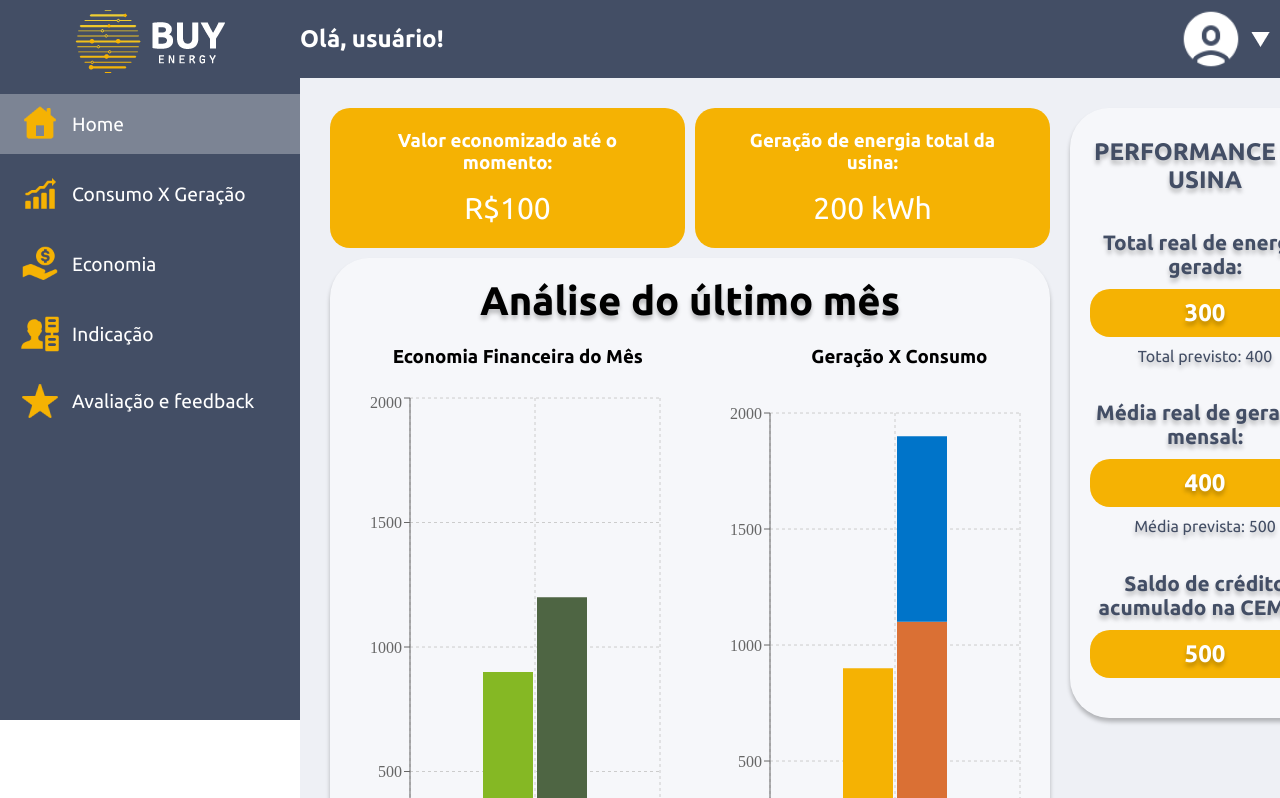
Repository: wolwerr/buyenergy-frontend
Page: /
These files come from the project's save history. The page is drawn as it stood at one moment and after the next save; the edit follows.
The browser window is 1280 px wide. The pictures show the whole page.
An inner scrolling area shows only its first screen. The project was rebuilt for these pictures with package versions that can differ from the ones it lists, and the page was loaded fresh each time. Also part of the build but not shown: src/pages/indicacao/IndicacaoStyle.js, src/pages/indicacao/IndicacaoPage.jsx, src/pages/feedback/FeedbackStyle.js, src/pages/feedback/Feedback.jsx, src/pages/login/LoginStyle.js, src/pages/login/LoginPage.jsx, src/pages/economia/EconomiaStyle.js, src/pages/economia/EconomiaPage.jsx and 10 more.

Above is the page before, as saved 2022-10-31 16:25:45.

### public/index.html
<!DOCTYPE html>
<html lang="en">
  <head>
    <meta charset="utf-8" />
    <link rel="icon" href="%PUBLIC_URL%/favicon.ico" />
    <meta name="viewport" content="width=device-width, initial-scale=1" />
    <meta name="theme-color" content="#000000" />
    <meta
      name="description"
      content="Web site created using create-react-app"
    />
    <link rel="apple-touch-icon" href="%PUBLIC_URL%/logo192.png" />
    <!--
      manifest.json provides metadata used when your web app is installed on a
      user's mobile device or desktop. See https://developers.google.com/web/fundamentals/web-app-manifest/
    -->
    <link rel="manifest" href="%PUBLIC_URL%/manifest.json" />
    <!--
      Notice the use of %PUBLIC_URL% in the tags above.
      It will be replaced with the URL of the `public` folder during the build.
      Only files inside the `public` folder can be referenced from the HTML.

      Unlike "/favicon.ico" or "favicon.ico", "%PUBLIC_URL%/favicon.ico" will
      work correctly both with client-side routing and a non-root public URL.
      Learn how to configure a non-root public URL by running `npm run build`.
    -->
    <link rel="stylesheet" href="style.css">
    <link rel="preconnect" href="https://fonts.googleapis.com">
    <link rel="preconnect" href="https://fonts.gstatic.com" crossorigin>
    <link href="https://fonts.googleapis.com/css2?family=Ubuntu:ital,wght@0,400;0,500;0,700;1,400;1,500;1,700&display=swap" rel="stylesheet">
    <title>Buy Energy App MVP</title>
  </head>
  <body>
    <noscript>You need to enable JavaScript to run this app.</noscript>
    <div id="root"></div>
    <!--
      This HTML file is a template.
      If you open it directly in the browser, you will see an empty page.

      You can add webfonts, meta tags, or analytics to this file.
      The build step will place the bundled scripts into the <body> tag.

      To begin the development, run `npm start` or `yarn start`.
      To create a production bundle, use `npm run build` or `yarn build`.
    -->
  </body>
</html>

### src/App.js
import { BrowserRouter as Router, Route, Routes } from "react-router-dom";
import { AppCnt } from "./assets/styles/AppStyle";
import HomePage from "./pages/home/HomePage"
import IndicacaoPage from "./pages/indicacao/IndicacaoPage"
import Feedback from "./pages/feedback/Feedback"
import LoginPage from "./pages/login/LoginPage"
import Economia from "./pages/economia/EconomiaPage"
import ErrorPage from "./pages/error/ErrorPage";
import ConsumoXGeracaoPage from "./pages/consumoGeracao/ConsumoXGeracaoPage";

function App() {
  return (
    <AppCnt>
      <Router>
        <Routes>
          <Route index path="/" element={<HomePage />} />
          <Route path="/login" element={<LoginPage />} />
          <Route path="/consumo-e-geracao" element={<ConsumoXGeracaoPage />} />
          <Route path="/economia" element={<Economia />} />
          <Route path="/indicacao" element={<IndicacaoPage />} />
          <Route path="/feedback" element={<Feedback />} />
          <Route path="*" element={<ErrorPage />}/>
        </Routes>
      </Router>
    </AppCnt>
  );
}

export default App;

### src/assets/styles/AppStyle.js
import styled from "styled-components";

export const AppCnt = styled.div`
    display: flex;
    flex-direction: row;
`

### src/pages/home/HomePage.jsx
import Header from "../../layouts/header/Header";
import Main from "../../layouts/main/Main";
import {
  BotaoAmareloContainer,
  BotaoIndicacao,
  DivBarraLateral,
  Grafico,
  MainStyle,
} from "./HomePageStyle";
import ValorTotal from "../../components/home/ValorTotal";
import DadosPerformance from "../../components/home/DadosPerformance";
import NavMenu from "../../layouts/navMenu/NavMenu";
import GraficoEconomiaFinanceira from "../../components/home/GraficoEconomiaFinanceira";
import GraficoConsumoGeracao from "../../components/home/GraficoConsumoGeracao";

export default function HomePage({ userName = "usuário", value = "Valor" }) {
  return (
    <>
      <NavMenu page="home" />
      <Main>
        <MainStyle>
          <BotaoAmareloContainer>
            <ValorTotal
              title={`Valor economizado até o momento:`}
              description="R$"
              descriptionValue={value = 100}
            />
            <ValorTotal
              title="Geração de energia total da usina:"
              description={value = 200}
              descriptionValue=" kWh"
            />
          </BotaoAmareloContainer>
          <Grafico>
            <h1>Análise do último mês</h1>
            <div className="Tittle">
              <h3>Economia Financeira do Mês</h3>
              <h3>Geração X Consumo</h3>
            </div>
            <div className="divFlex">
              <GraficoEconomiaFinanceira />
              <GraficoConsumoGeracao />
            </div>
          </Grafico>
          <DivBarraLateral>
            <h1>Performance da Usina</h1>
            <DadosPerformance
              title="Total real de energia gerada:"
              value={value = 300}
              description="Total previsto: "
              descriptionValue={value = 400}
            />
            <DadosPerformance
              title="Média real de geração mensal:"
              value={value}
              description="Média prevista: "
              descriptionValue={value = 500}
            />
            <DadosPerformance
              title="Saldo de crédito acumulado na CEMIG:"
              value={value}
              description=""
              descriptionValue=""
            />
          </DivBarraLateral>
          <BotaoIndicacao to="/indicacao">
            <p>Indique amigos e ganhe comissões nas vendas</p>
            <span>Saiba mais &gt;</span>
          </BotaoIndicacao>
        </MainStyle>
      </Main>
      <Header userName={userName} />
    </>
  );
}

### src/layouts/header/Header.jsx
import React, { useEffect, useState } from 'react'
import { HeaderCnt, HeaderIconsLeft, ProfileImg, ProfileOptIcon, ProfileOptions } from './HeaderStyle'
import ProfileIcon from '../../assets/images/icons/test-account.png'
import ProfileOptionsIcon from '../../assets/images/icons/triangulo-para-baixo.png'

export default function Header({
    userName = 'usuário',
    userProfilePhoto = ProfileIcon
}) {
  const [profileOptions, setprofileOptions] = useState(false)

  function toggleProfileOptions () {
    setprofileOptions(!profileOptions)
  }

  const [windowWidth, setWindowWidth] = useState(window.innerWidth)

  const detectSize = () => {
    setWindowWidth(window.innerWidth)
  }

  useEffect(() => {
    window.addEventListener('resize', detectSize)

    return () => {
      window.removeEventListener('resize', detectSize)
    }
  }, [windowWidth])

  return (
    <HeaderCnt windowWidth={`${windowWidth}`}>
        <p>Olá, {userName}!</p>
        <HeaderIconsLeft>
          <ProfileImg src={userProfilePhoto} alt="Foto do perfil do usuário" />
          <ProfileOptIcon row src={ProfileOptionsIcon} alt="" onClick={toggleProfileOptions} />
        </HeaderIconsLeft>
        {profileOptions &&
          <ProfileOptions>
            <p>Sair</p>
          </ProfileOptions>
        }
    </HeaderCnt>
  )
}

### src/layouts/main/Main.jsx
import { useEffect, useState } from 'react'
import { MainCnt } from './MainStyle'

export default function Main({ children }) {
  const [windowWidth, setWindowWidth] = useState(window.innerWidth)

  const detectSize = () => {
    setWindowWidth(window.innerWidth)
  }

  useEffect(() => {
    window.addEventListener('resize', detectSize)

    return () => {
      window.removeEventListener('resize', detectSize)
    }
  }, [windowWidth])

  return (
    <MainCnt windowWidth={`${windowWidth}`}>
        {children}
    </MainCnt>
  )
}

### src/pages/home/HomePageStyle.js
import styled from "styled-components";
import { Link } from "react-router-dom";

export const MainStyle = styled.div`
  // height: 80vh;
  margin: 50px;
  display: grid;
  grid-template-areas:
  "amarelo lateral"
  "grafico lateral"
  "grafico lateral"
  "grafico botaoIndicacao";
  grid-template-columns: 7fr 3fr;
  grid-template-rows: auto;
  grid-column-gap: 20px;
  grid-row-gap: 10px;
  align-content: space-between;

  @media(max-width: 1400px) {
    margin: 30px;
  }
`
/* inicio container lateral*/
export const DivBarraLateral = styled.div`
  grid-area: lateral;
  border-radius: 2.5em;
  background-color: rgba(255, 255, 255, 0.5);
  box-shadow: 0px 4px 4px rgba(0, 0, 0, 0.25);
  display: flex;
  flex-direction: column;
  justify-content: space-between;
  text-align: center;
  align-items: center;
  color: #434e65;
  text-shadow: 0px 4px 4px rgba(0, 0, 0, 0.25);
  font-family: Ubuntu;
  padding: 30px 20px;
  max-width: 300px;
  height: 700px;

  @media(max-width: 1400px) {
    height: 550px;
  }
  h1 {
    text-transform: uppercase;

    @media(max-width: 1400px) {
      font-size: 1.5rem;
    }
  }
  h2 {
    color: #434e65;
    margin-bottom: 10px;

    @media(max-width: 1400px) {
      font-size: 1.3rem;
    }
  }
  h3 {
    font-size: 1.5rem;
    background: #f5b203;
    border-radius: 20px;
    width: 220px;
    padding: 10px 5px;
    text-align: center;
    margin: auto;
    color: white;
    margin-bottom: 10px;
  }
`
export const BotaoAmareloContainer = styled.div`
  grid-area: amarelo;
  width: 100%;
  display: flex;
  gap: 10px;
  justify-content: center;
`
export const Grafico = styled.div`
  grid-area: grafico;
  place-content: center;
  color: #000000;
  border-radius: 40px;
  box-shadow: 0px 4px 4px rgba(0, 0, 0, 0.25);
  background-color: rgba(255, 255, 255, 0.5);
  width: 100%;
  padding-bottom: 20px;
  .divFlex {
    display: flex;
    width: 100%;
    height: 80vh;
  }
  .Tittle{
    display: flex;
    justify-content: center;
    gap: 22%;
    margin-bottom: 24px;
  }
  .Tittle h3 {
    font-size: 700 13px 'Ubuntu';
    line-height: 15px;
    padding: 5px;
    color: #000000;
  }
  h1 {
    padding: 20px 20px;
    text-align: center;
    font: 700 2.5rem 'Ubuntu';
    color: #000;
    text-shadow: 0px 4px 4px rgba(0, 0, 0, 0.25);

    @media(max-width: 1024px) {
       padding: 10px 10px;
    }
  }
`
export const BotaoIndicacao = styled(Link)`
  grid-area: botaoIndicacao;
  max-width: 300px;
  background: #434E65;
  border-radius: 20px;
  height: 110px;
  padding: 30px 20px;
  box-sizing: border-box;
  color: #fff;
  position: relative;

  @media(max-width: 1400px) {
    padding: 20px 20px;
  }

  p {
    font: 700 1.25rem/1.3 'Ubuntu';
    text-align: center;

    @media(max-width: 1400px) {
      font-size: 1.1rem;
    }
  }

  span {
    font: 500 0.8125rem 'Ubuntu';
    position: absolute;
    right: 30px;
    top: 90px;
    text-decoration: underline;

    @media(max-width: 1400px) {
      top: 75px;
    }
  }
`

### src/components/home/ValorTotal.jsx
import React from 'react'
import { BotaoAmarelo } from './ValorTotalStyle'

export default function ValorTotal({ title="Valor Gerado",description="R$",descriptionValue="valor descrito"}) {
  return (
    <BotaoAmarelo>
        <h3>{title}</h3>
        <p>{description}{descriptionValue}</p>
    </BotaoAmarelo>
  )
}

### src/components/home/DadosPerformance.jsx
import React from 'react'

export default function DadosPerformance({ title="Titulo",value="Valor",description="Previsto",descriptionValue="Valor"}) {
  return (
    <div>
        <h2>{title}</h2>
        <h3> {value}</h3>
        <p> <strong></strong>{description}{descriptionValue}</p>
    </div>
  )
}

### src/layouts/navMenu/NavMenu.jsx
import React from 'react'
import logo from '../../assets/images/logo_negativo.png'
import iconHome from '../../assets/images/icons/home-page.png'
import iconIndicacao from '../../assets/images/icons/4 - Indicação.png'
import iconGeracaoConsumo from '../../assets/images/icons/2 - Geração x Consumo.png'
import iconEconomia from '../../assets/images/icons/3 - Economia.png'
import iconFeedback from '../../assets/images/icons/star.png'
import { NavCnt, LogoImgLink, UlNavMenu, LiNavMenu, NavIconImg, LiSpan, LinkNav, } from './NavMenuStyle'

export default function NavMenu({ page="" }) {

  return (
    <NavCnt>
      <div>
        <LogoImgLink  to="/">
            <img src={logo} alt="" />
        </LogoImgLink>
        <UlNavMenu>
            <LiNavMenu>
              <LinkNav to="/" active={page === "home" ? "active"  : ""}>
                <NavIconImg src={iconHome} alt=''/>
                <LiSpan active={page === "home" ? "active"  : ""}>Home</LiSpan>
              </LinkNav>
            </LiNavMenu>
            <LiNavMenu>
              <LinkNav to="/consumo-e-geracao" active={page === "consumoGeracao" ? "active"  : ""}>
                <NavIconImg src={iconGeracaoConsumo} alt=''/>
                <LiSpan active={page === "indicacao" ? "active"  : ""}>Consumo X Geração</LiSpan>
              </LinkNav>
            </LiNavMenu>
            <LiNavMenu>
              <LinkNav to="/economia" active={page === "economia" ? "active"  : ""}>
                <NavIconImg src={iconEconomia} alt=''/>
                <LiSpan active={page === "indicacao" ? "active"  : ""}>Economia</LiSpan>
              </LinkNav>
            </LiNavMenu>
            <LiNavMenu>
              <LinkNav to="/indicacao" active={page === "indicacao" ? "active"  : ""}>
                <NavIconImg src={iconIndicacao} alt=''/>
                <LiSpan active={page === "indicacao" ? "active"  : ""}>Indicação</LiSpan>
              </LinkNav>
            </LiNavMenu>
            <LiNavMenu>
              <LinkNav to="/feedback" active={page === "feedback" ? "active"  : ""}>
                <NavIconImg src={iconFeedback} alt=''/>
                <LiSpan active={page === "feedback" ? "active"  : ""}>Avaliação e feedback</LiSpan>
              </LinkNav>
            </LiNavMenu>
        </UlNavMenu>
      </div>
    </NavCnt>
  )
}

### src/components/home/GraficoEconomiaFinanceira.jsx
import React, { PureComponent } from 'react';
import { BarChart, Bar, XAxis, YAxis, CartesianGrid, Tooltip, Legend, ResponsiveContainer } from 'recharts';

const data = [
  {
    reais: 2000,
    name: 'maio/2022',
    "Com a usina você pagou": 900,
    "Sem a usina você pagaria": 1200,
  }
];

export default class GraficoEconomiaFinanceira extends PureComponent {
  static demoUrl = 'https://codesandbox.io/s/simple-bar-chart-tpz8r';

  render() {
    return (
      <ResponsiveContainer width="100%" height="100%">
        <BarChart
          width={500}
          height={300}
          data={data}
          margin={{
            top: 5,
            right: 30,
            left: 20,
            bottom: 5,
          }}
        >
          <CartesianGrid strokeDasharray="3 3" />
          <XAxis dataKey="name" />
          <YAxis dataKey="reais"/>
          <Tooltip />
          <Legend />
          <Bar dataKey="Com a usina você pagou" fill="#85B824" barSize={50}/>
          <Bar dataKey="Sem a usina você pagaria" fill="#4E6543" barSize={50}/>
        </BarChart>
      </ResponsiveContainer>
    );
  }
}

### src/components/home/GraficoConsumoGeracao.jsx
import React, { PureComponent } from 'react';
import { BarChart, Bar, XAxis, YAxis, CartesianGrid, Tooltip, Legend, ResponsiveContainer } from 'recharts';

const data = [
  {
    reais: 2000,
    name: 'maio/2022',
    "Sua geração total do mês": 900,
    "Energia consumida da sua Usina": 1100,
    "Energia consumida da CEMIG": 800,
  },
];

export default class GraficoConsumoGeracao extends PureComponent {
  static demoUrl = 'https://codesandbox.io/s/mixed-bar-chart-q4hgc';

  render() {
    return (
      <ResponsiveContainer width="100%" height="100%">
        <BarChart
          width={500}
          height={300}
          data={data}
          margin={{
            top: 20,
            right: 30,
            left: 20,
            bottom: 5,
          }}
        >
          <CartesianGrid strokeDasharray="3 3" />
          <XAxis dataKey="name" />
          <YAxis dataKey="reais" />
          <Tooltip />
          <Legend />
          <Bar dataKey="Sua geração total do mês" fill="#F5B203" barSize={50}/>
          <Bar dataKey="Energia consumida da sua Usina" stackId="a" fill="#DA7034" barSize={50}/>
          <Bar dataKey="Energia consumida da CEMIG" stackId="a" fill="#0074C9" barSize={50}/>
        </BarChart>
      </ResponsiveContainer>
    );
  }
}

### src/layouts/header/HeaderStyle.js
import styled from "styled-components";

export const HeaderCnt = styled.header`
    background-color: #434e65;
    position: fixed;
    top: 0px;
    left: 300px;
    padding: 5px 0;
    width: ${props => props.windowWidth - 300}px;
    display: flex;
    flex-flow: row nowrap;
    justify-content: space-between;
    align-items: center;

    p {
        font-size: 1.5em;
        color: white;
        font-weight: 700;
    }
`

export const HeaderIcon = styled.img`
    width: 100%;
    height: auto;
    max-width: 45px;
    margin-right: 10px;
`

export const ProfileImg = styled.img`
    width: 100%;
    height: auto;
    max-width: 60px;
    border-radius: 100px;
`

export const ProfileOptIcon = styled.img`
    width: 100%;
    height: auto;
    max-width: 20px;
    margin: 0 10px;
`

export const HeaderIconsLeft = styled.div`
    display: flex;
    flex-direction: row;
    align-items: center;
`

export const ProfileOptions = styled.div`
    background-color: #434e65;
    color: white;
    width: 100px;
    height: auto;
    position: absolute;
    top: 78px;
    right: 0px;
    border: 1px solid gray;
    text-transform: uppercase;
    border-radius: 10px;
    box-shadow: 0px 4px 4px rgba(0, 0, 0, 0.25);
    text-align: center;
    padding: 10px 0;
    margin: 0;
`

### src/layouts/main/MainStyle.js
import styled from "styled-components";
import backgroundImg from "../../assets/images/background.png"

export const MainCnt = styled.main`
    /* background-image: url(${backgroundImg});
    background-repeat: no-repeat;
    background-position: right top;
    background-size: cover; */
    // position: fixed;
    position: absolute;
    top: 78px;
    left: 300px;
    width: ${props => props.windowWidth - 300}px;
    height: 100%;
    background-color: rgb(238,240,245);
    overflow: auto;
`

### src/components/home/ValorTotalStyle.js
import styled from "styled-components";

export const BotaoAmarelo = styled.div`
  display: flex;
  flex-direction: column;
  align-items: center;
  justify-content: center;
  text-align: center;
  background-color: #f5b203;
  border-radius: 20px;
  width: 355px;
  height: 160px;
  font-size: 20px;
  color: white;
  margin: auto;

  @media(max-width: 1400px) {
    font-size: 16px;
    height: 140px;
  }

  h3 {
    font-family: 'Ubuntu';
    font-style: normal;
    text-align: center;
    padding: 0 30px;
  }

  p {
    font-size: 40px;
    font-family: ubuntu;
    font-style: bold;
    padding-top: 5%;

    @media(max-width: 1400px) {
      font-size: 30px;
    }
  }
`;

### src/layouts/navMenu/NavMenuStyle.js
import styled from "styled-components";
import { Link } from "react-router-dom";

export const NavCnt = styled.nav`
    background-color: #434e65;
    position: fixed;
    top: 0;
    left: 0;
    height: 100%;
    width: 300px;
    display: flex;
    flex-direction: column;
    justify-content: space-between;
    overflow: hidden;
`

export const LogoImgLink = styled(Link)`
    display: flex;

    img {
        text-align: center;
        margin: 10px auto;
    }
`

export const UlNavMenu = styled.ul`
    list-style: none;
    margin-block-start: 0;
    margin-block-end: 0;
    padding-inline-start: 0;
`

export const LiNavMenu = styled.li`
    color: white;
    margin: 10px 0;
`

export const NavIconImg = styled.img`
    max-width: 40px;
`

export const LiSpan = styled.span`
    margin-left: 12px;
    font-size: 1.2em;
`

export const LinkNav = styled(Link)`
    display: flex;
    align-items: center;
    background-color: ${props => props.active ? "rgba(255, 255, 255, 0.3)" : ""};
    padding: 10px 20px;

    &:link, &:visited, &:hover, &:active {
        color: white;
        text-decoration: none;
    }

    &:hover {
        font-weight: 900;
    }
`

export const BottomNavDiv = styled.div`
    margin: 10px;
`

export const PSpan = styled.span`
    font-family: 'Ubuntu';
    margin-left: 12px;
`

### public/style.css
body {
    margin: 0 auto;
}

p, li, h1, h2, h3, h4, h5, a {
    font-family: 'Ubuntu';
    margin: 0;
}

a {
    text-decoration: none;
}

Loaded but not shown: src/index.js (common file)

After the next save:
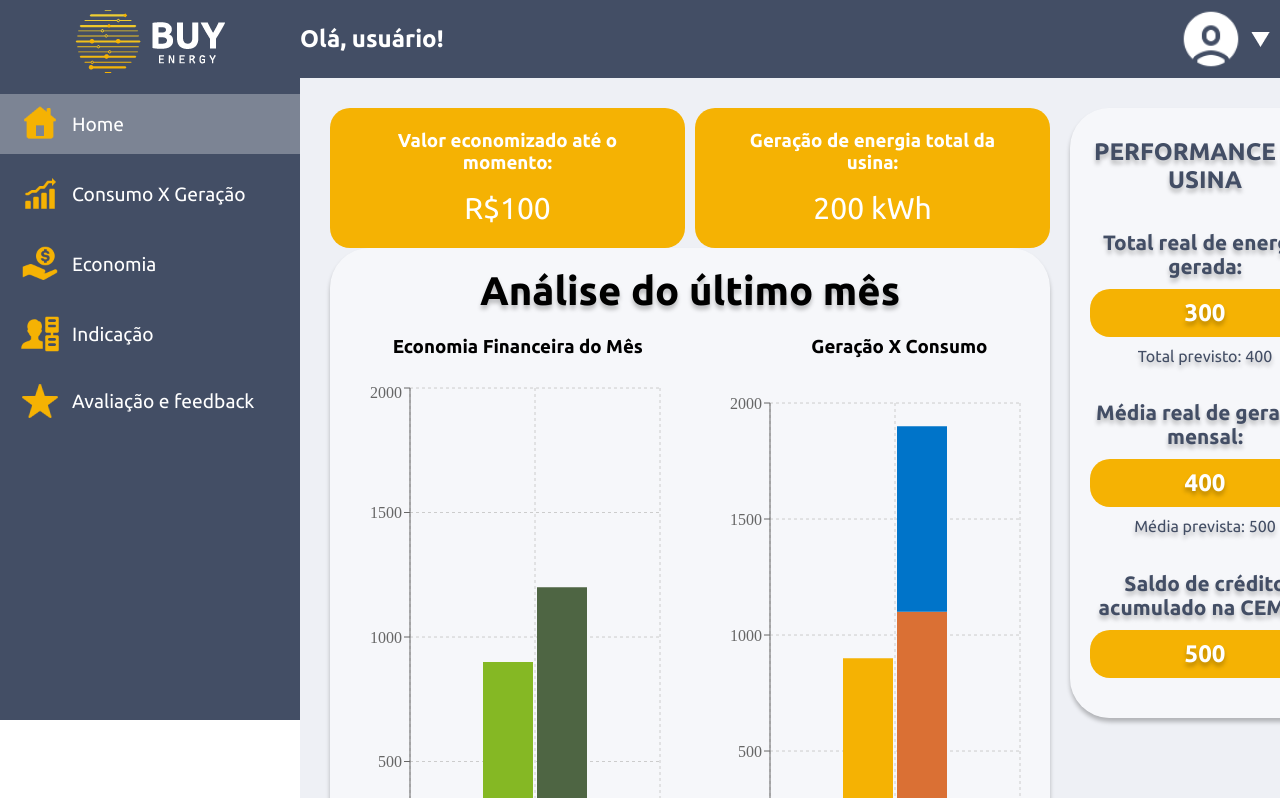
Saved 14 s later.
--- a/src/pages/home/HomePageStyle.js
+++ b/src/pages/home/HomePageStyle.js
@@ -13,7 +13,7 @@
   grid-template-columns: 7fr 3fr;
   grid-template-rows: auto;
   grid-column-gap: 20px;
-  grid-row-gap: 10px;
+
   align-content: space-between;
 
   @media(max-width: 1400px) {
